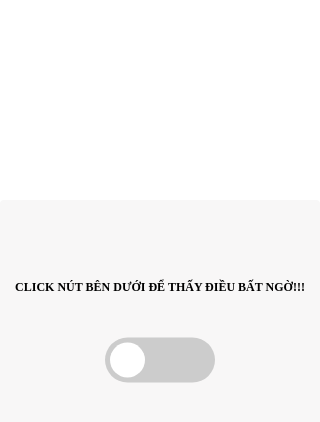
Repository: haokiet2501/troll-my-react
Page: /
These files come from the project's save history. The page is drawn as it stood at one moment and after the next save; the edit follows.
The browser window is 320 px wide. The pictures show the whole page.
The project was rebuilt for these pictures with package versions that can differ from the ones it lists, and the page was loaded fresh each time. Also part of the build but not shown: src/components/Todo.jsx.

Above is the page before, as saved 2022-07-30 23:39:49.

After the next save:
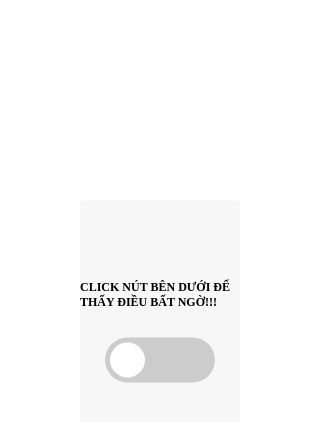
Saved 17 s later.
--- a/src/index.css
+++ b/src/index.css
@@ -96,7 +96,7 @@ p {
 
 @media screen and (max-width: 320px) {
   .toggle-center {
-    width: 20rem;
+    width: 10rem;
   }
 
   .toggle-title {
